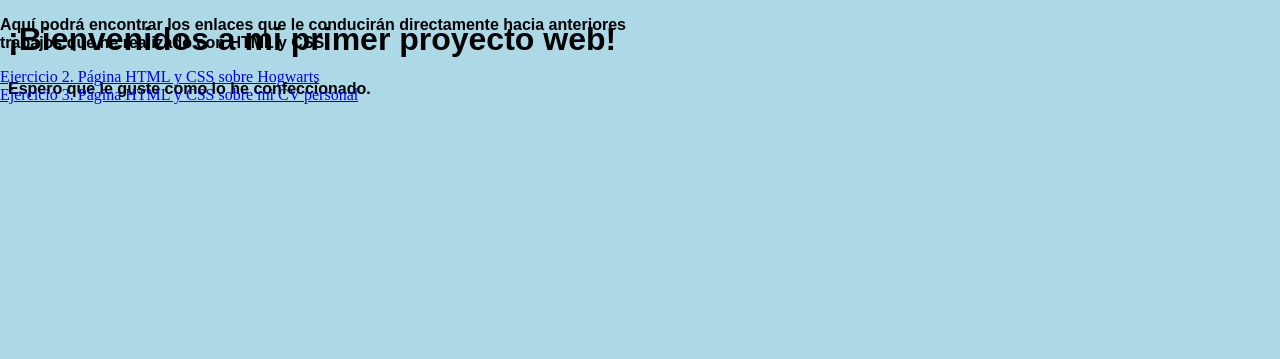
Repository: Pablosky971/Ejercicio-4.-Proyecto-Web
Page: http://localhost/Ejercicio4/
These files come from the project's save history. The page is drawn as it stood at one moment and after a run of saves; the edit follows.
The browser window is 1280 px wide. The pictures show the whole page.
The page is served by Tomcat 9.

Above is the page before, as saved 2022-03-09 12:44:28.

### Ejercicio4/src/main/webapp/index.html
<!DOCTYPE html>
<html>
<head>
<meta charset="UTF-8">
<title>Presentación</title>
<link rel="stylesheet" href="css/index.css">
</head>
<body>
	<header>
		<h1 class="titulo"> ¡Bienvenidos a mi primer proyecto web! </h1>
		<h3 class="subtitulo"> Espero que le guste como lo he confeccionado.</h3>

	</header>

	<main>

	<nav>
		<h3 class="navegacion"> Aquí podrá encontrar los enlaces que le conducirán directamente hacia anteriores trabajos que he realizado con HTML y CSS</h3>
		<a href="ejercicio2"> Ejercicio 2. Página HTML y CSS sobre Hogwarts</a>
		<a href="ejercicio3"> Ejercicio 3. Página HTML y CSS sobre mi CV personal</a>
	</nav>
	</main>

</body>
</html>

### Ejercicio4/src/main/webapp/css/index.css
body {
	background-color: lightblue;

}
h1.titulo {
	font-family: sans-serif;
	font-size: xx-large;

}

h3.subtitulo {
	font-family: sans-serif;
	font-size: medium;
}

h3.navegacion {
	font-family: sans-serif;
	font-size: medium;
}

nav {
	position: absolute;
	top: 0%;
	left: 0%;
	width: 50%;
	height: 50%;
	display: block;
}

a {
	display: block;
}

a:hover {
	color: green;

}

After the next 2 saves:
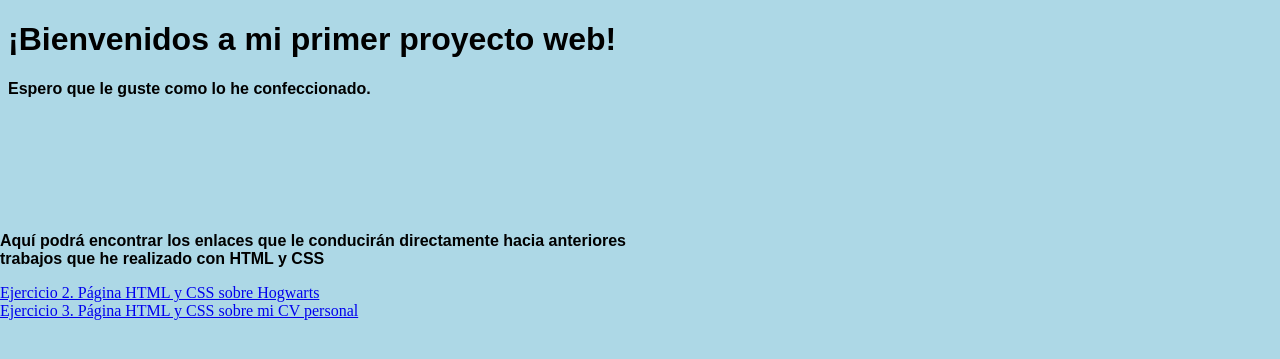
The 2 saves are shown as one change because they came seconds apart.
The last was saved 17 s later.
--- a/Ejercicio4/src/main/webapp/css/index.css
+++ b/Ejercicio4/src/main/webapp/css/index.css
@@ -20,7 +20,7 @@ h3.navegacion {
 
 nav {
 	position: absolute;
-	top: 0%;
+	top: 30%;
 	left: 0%;
 	width: 50%;
 	height: 50%;
